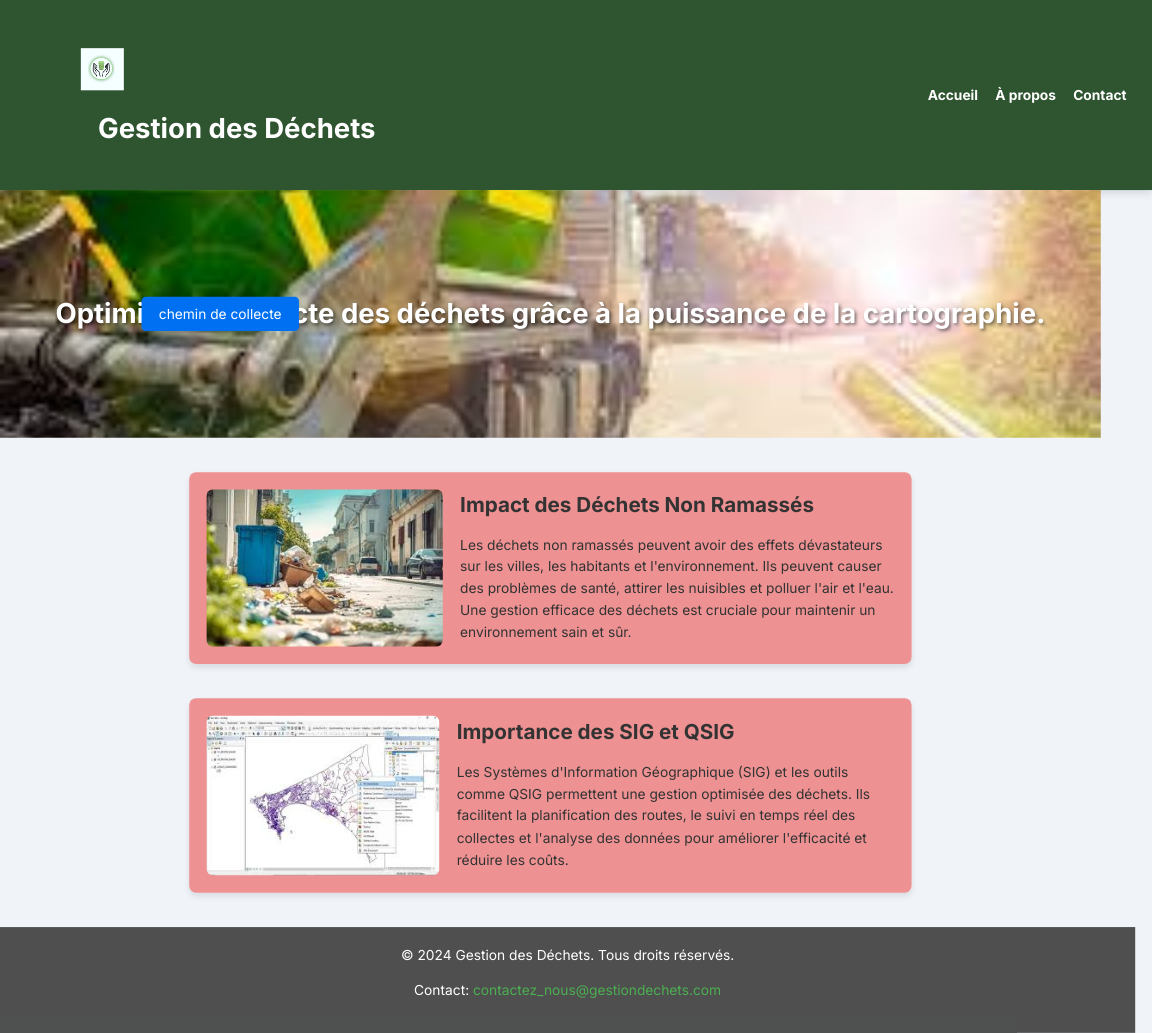
Repository: SystemInfoGeo/QGISproject
Page: / (app in NEXT/)
An editor plug-in stored every save of this project. The page is shown before and after the next save, followed by the edit.
The browser window is 1280 px wide. The page is 1340 px wide, so the pictures cover 1340 px, including what lies to the right of the window. The pictures show the whole page, at 86% of full size.
The project was rebuilt for these pictures with package versions that can differ from the ones it lists, and the page was loaded fresh each time. The framework's server and built-in components were replaced by stand-ins that run in the browser. Also part of the build but not shown: NEXT/next.config.mjs.

Above is the page before, as saved 2024-06-22 01:37:20.

After the next save:
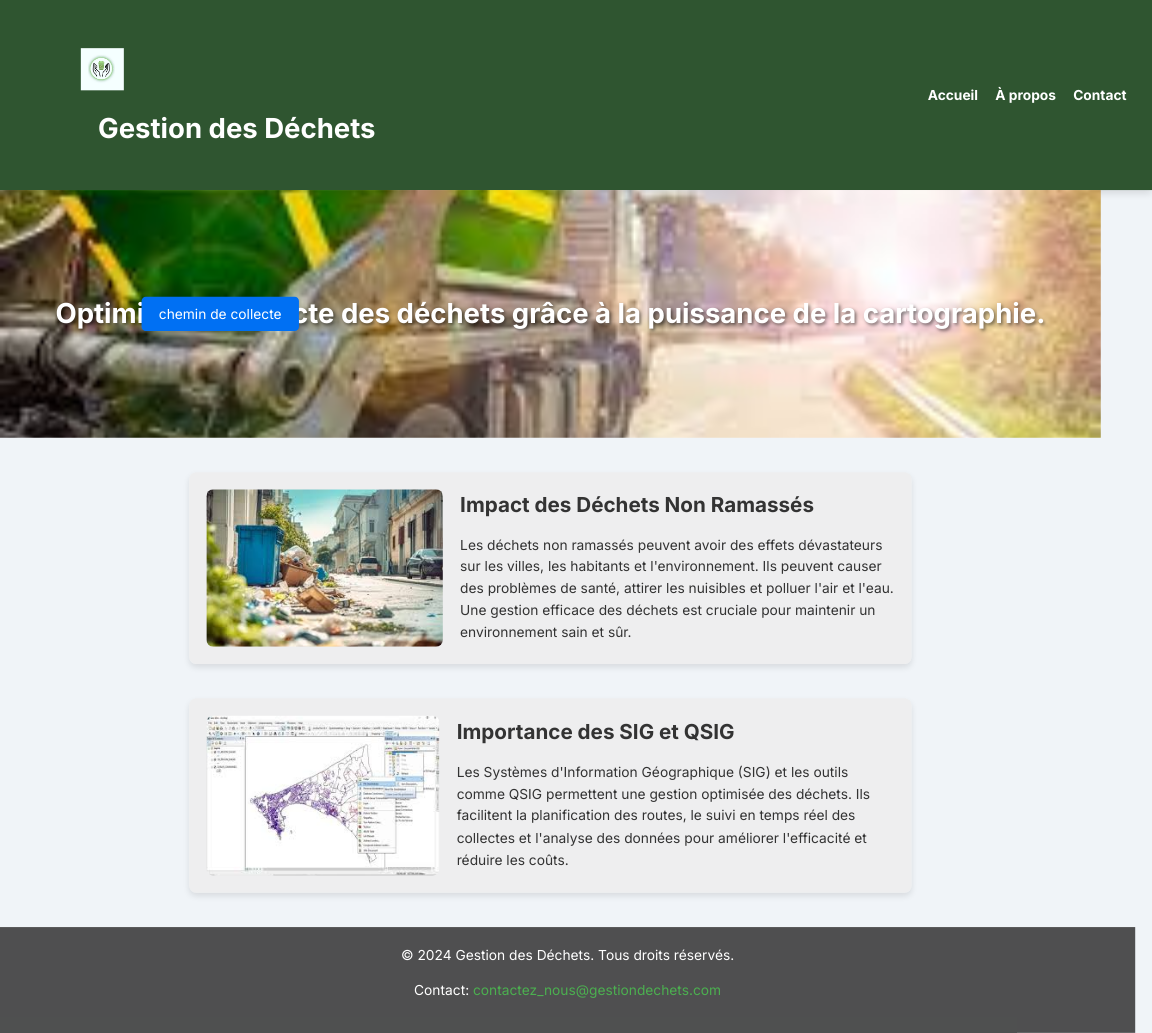
Saved 11 s later.
--- a/NEXT/app/page.module.css
+++ b/NEXT/app/page.module.css
@@ -98,7 +98,7 @@
 }
 
 .section {
-  background: rgba(238, 128, 128, 0.85);
+  background: rgba(238, 238, 238, 0.85);
   padding: 20px;
   margin: 20px;
   border-radius: 8px;
